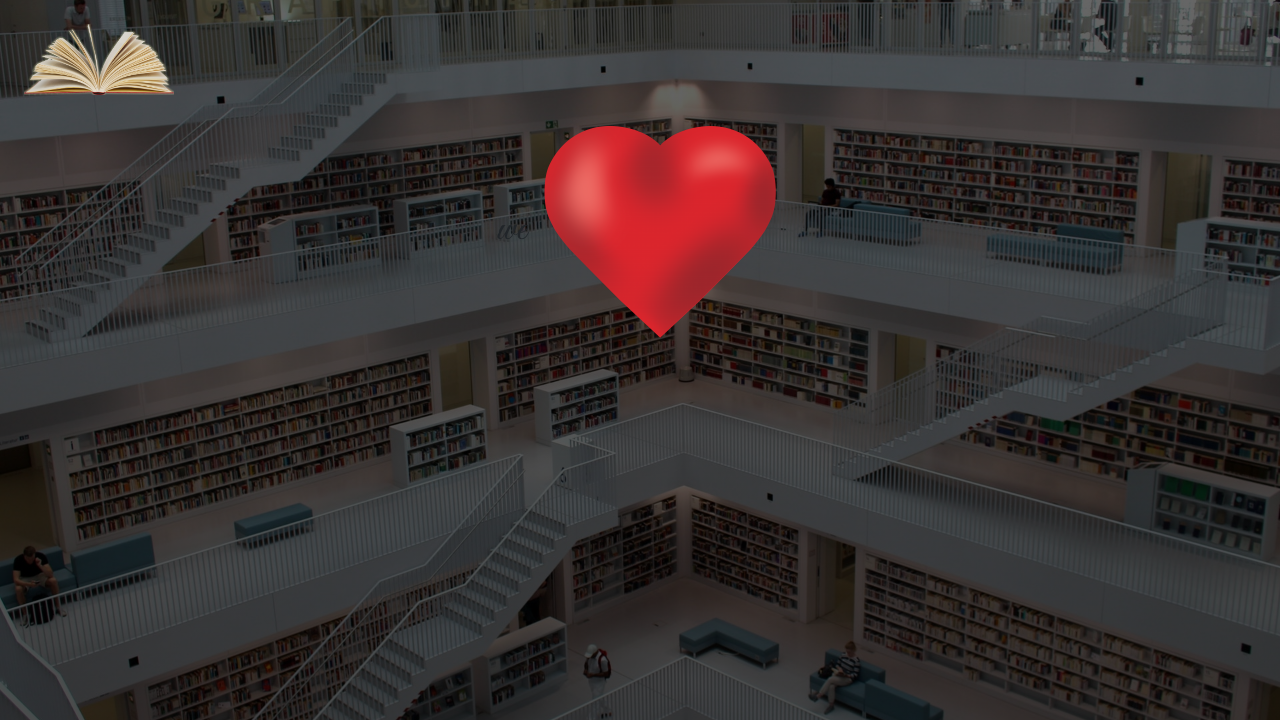
Repository: imedakrouti/BookStore
Page: index.html
These files come from the project's save history. The page is drawn as it stood at one moment and after the next save; the edit follows.
The browser window is 1280 px wide. The pictures show the whole page.
Some web libraries are served in a nearby version.

Above is the page before, as saved 2020-05-05 15:33:14.

After the next save:
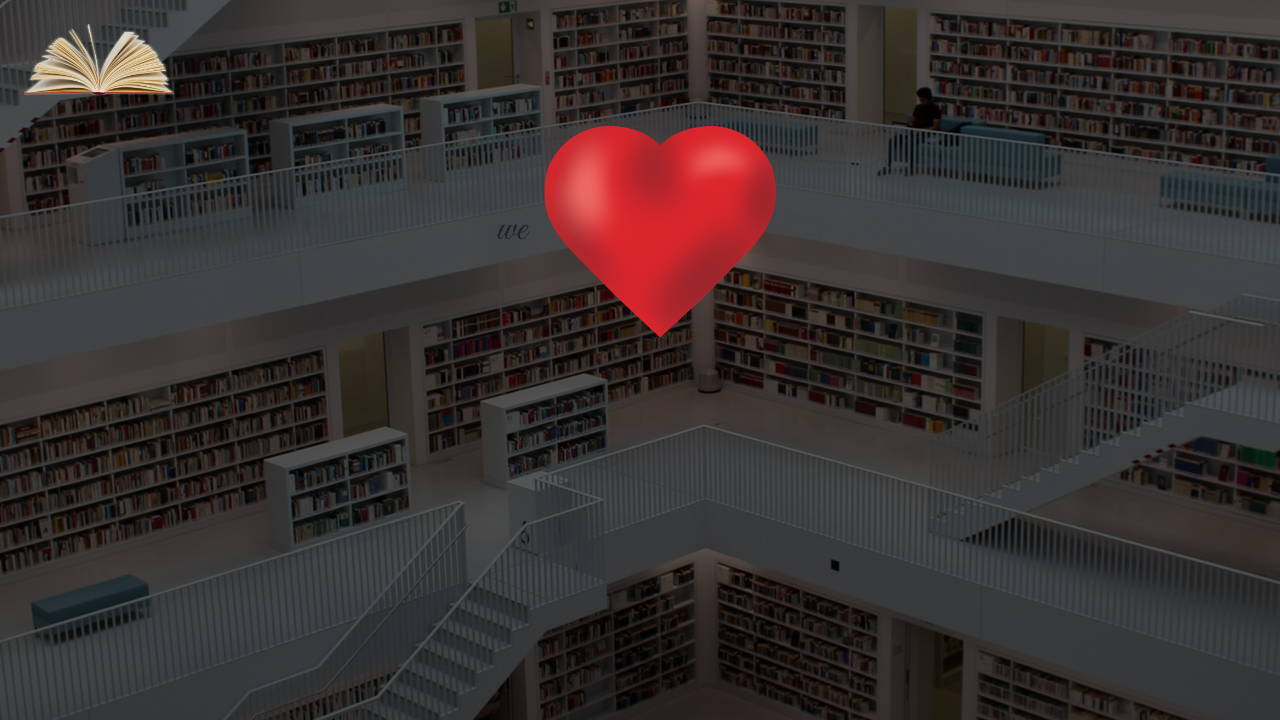
Saved 7 s later.
--- a/styles/styles.css
+++ b/styles/styles.css
@@ -13,5 +13,5 @@ a:hover{
 }
 header{
     height: 100vh;
-    background:linear-gradient(rgba(0,0,0,0.6),rgba(0,0,0,0.7)),url('../images/img/header-bg.jpeg')no-repeat center center /cover;
+    background:linear-gradient(rgba(0,0,0,0.6),rgba(0,0,0,0.7)),url('../images/img/header-bg.jpeg')no-repeat center center ;
 }

After the save that followed:
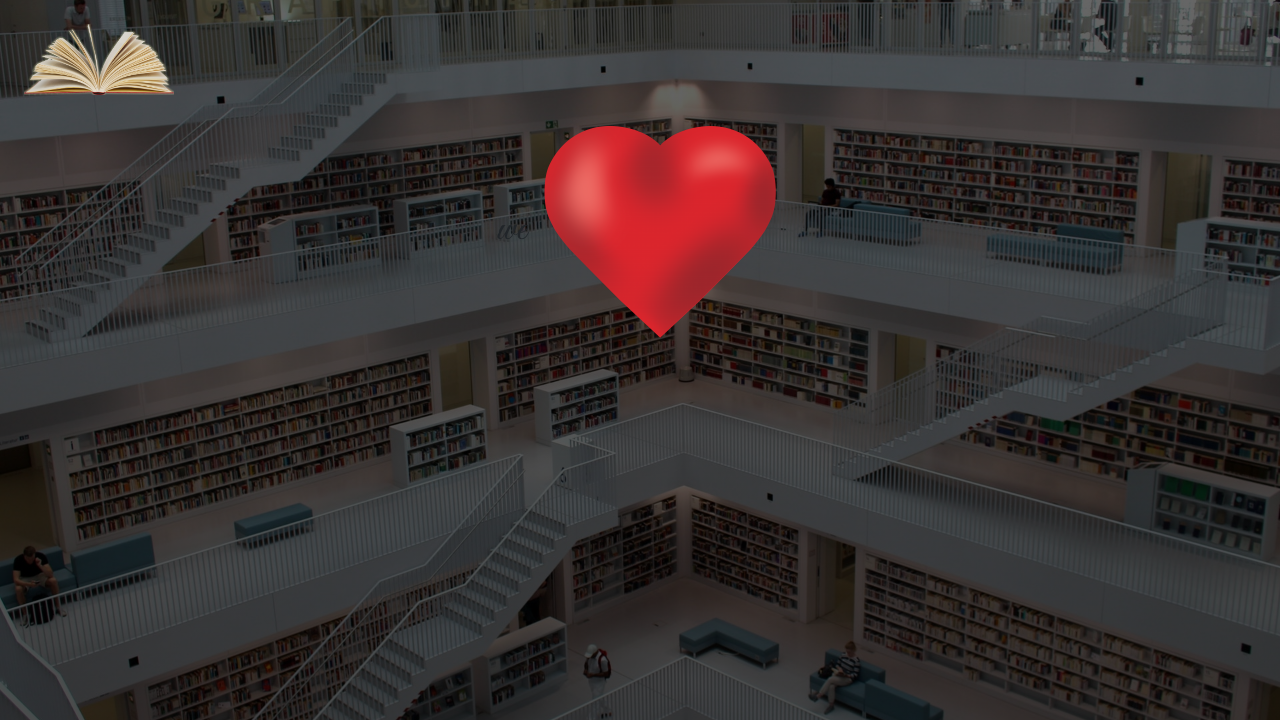
Saved 5 s later.
--- a/styles/styles.css
+++ b/styles/styles.css
@@ -13,5 +13,5 @@ a:hover{
 }
 header{
     height: 100vh;
-    background:linear-gradient(rgba(0,0,0,0.6),rgba(0,0,0,0.7)),url('../images/img/header-bg.jpeg')no-repeat center center ;
+    background:linear-gradient(rgba(0,0,0,0.6),rgba(0,0,0,0.7)),url('../images/img/header-bg.jpeg')no-repeat center center /cover;
 }
